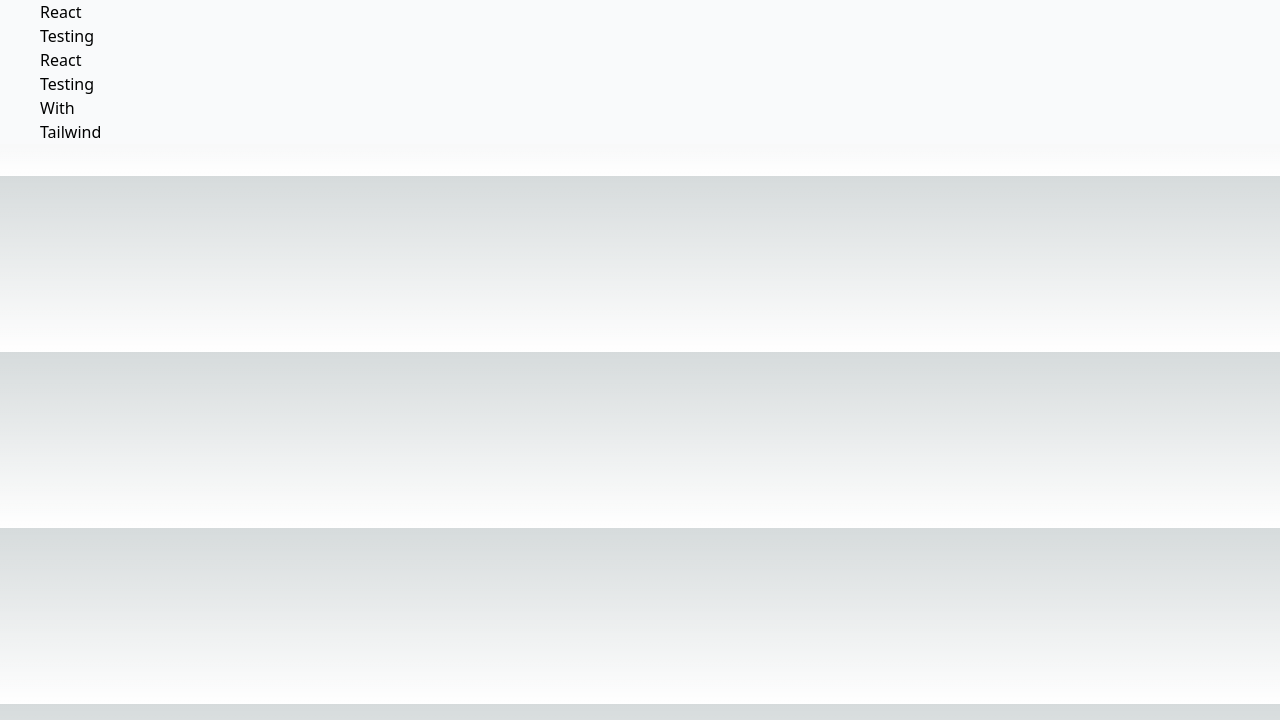
Repository: AlgoHussle/algo-blog
Page: /
These files come from the project's save history. The page is drawn as it stood at one moment and after the next save; the edit follows.
The browser window is 1280 px wide. The pictures show the whole page.
The project was rebuilt for these pictures with package versions that can differ from the ones it lists, and the page was loaded fresh each time. The framework's server and built-in components were replaced by stand-ins that run in the browser. Also part of the build but not shown: next.config.js.

Above is the page before, as saved 2023-05-03 21:34:14.

After the next save:
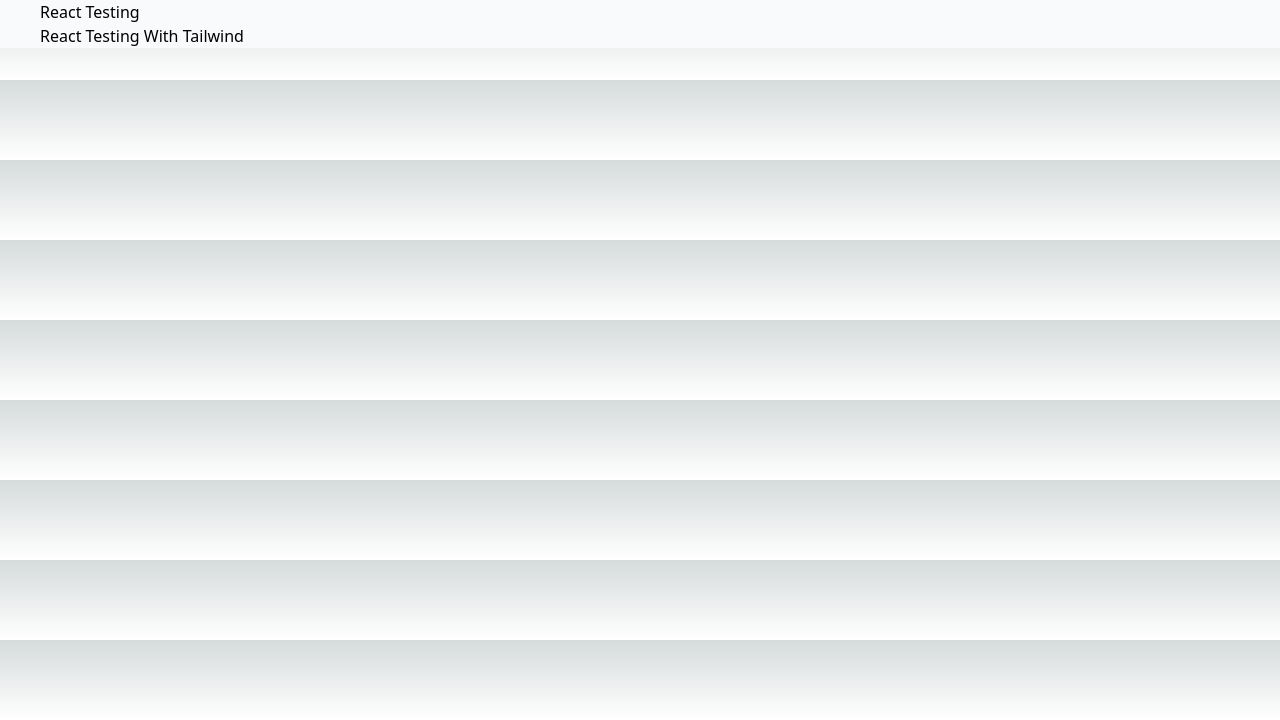
Saved 5 s later.
--- a/pages/index.js
+++ b/pages/index.js
@@ -14,7 +14,7 @@
         <link rel="icon" href="/favicon.ico" />
       </Head>
       <div className='grid grid-cols-1 lg:grid-cols-12 gap-12'>
-        <div className='lg'>
+        <div className='lg:col-span-8 '>
         {posts.map((post, index) => (
           <div>
             {post.title}
